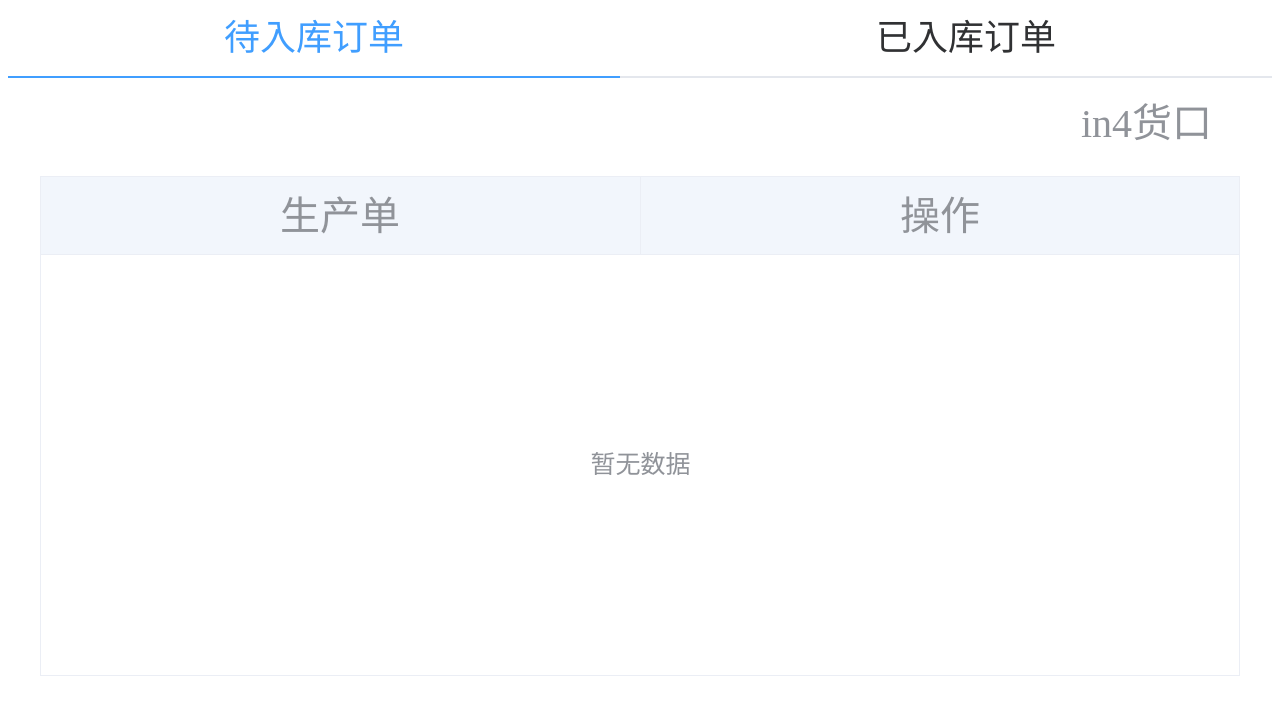
Repository: yaesass/yaesass
Page: / (app in scancode/)
The author's editor kept a copy of each file at every save. The page is drawn from the files as they stood at one save, then again after the next save.
The browser window is 1280 px wide. The pictures show the whole page.
The page's requests for data from a server got no answer. The project was rebuilt for these pictures with package versions that can differ from the ones it lists, and the page was loaded fresh each time. No one was signed in, and anything a server would have sent is missing. Also part of the build but not shown: scancode/vue.config.js.

Above is the page before, as saved 2022-06-29 17:00:38.

### scancode/src/main.js
import Vue from 'vue'
import App from './App.vue'
import router from './router/index.js'

import ElementUI from 'element-ui';
import 'element-ui/lib/theme-chalk/index.css';

import axios from 'axios'
Vue.use(ElementUI);
Vue.config.productionTip = false
Vue.prototype.$axios = axios
new Vue({
  el: '#app',
  axios,
  router,
  render: h => h(App)
}).$mount('#app')

### scancode/src/App.vue
<template>
  <div id="app">
    <!-- Name {{ Name }} token {{ token }} Type {{ Type }} Remarks {{ Remarks }} -->
    <router-view></router-view>
  </div>
</template>
<script>
export default {
  name: "App",
  data() {
    return {
      // show: "",
      // activeName: "待生产订单",
      // list: [],
      // listLoading: true,
      // queryForm: {
      //   CurrentPage: 1,
      //   PageSize: 999999,
      // },
      // intervalId: null,
      // messageObj: "",
    };
  },
  created() {
    //获取winform数据
    let Name, token, Type, Remarks;
    // Name = this.getQueryString("Name");
    // token = "Bearer" + " " + this.getQueryString("token");
    // Type = this.getQueryString("DeliveryType");
    // Remarks = this.getQueryString("Remarks");
    token =
      "Bearer admin-accessToken-eyJ0eXAiOiJKV1QiLCJhbGciOiJIUzI1NiJ9.eyJpZCI6IkVBNDY5MDAwLUEwRTMtNDM2NS04OEU1LTYzNTk4MUQxNzM2NSIsIm5hbWUiOiLmiavnoIEifQ.ysDSnXIKlGLatjoH2wUIq0r65R8tv9DP_CH0vsOTbN0";
    Name = "in4";
    Type = "in";
    Remarks = "in4货口";
    if (Type == "in") {
      this.$router.push({
        name: "InStock",
        params: { Name, token, Type, Remarks },
      });
    } else {
      this.$router.push({
        name: "OutStock",
        params: { Name, token, Type, Remarks },
      });
    }
  },
  beforeDestroy() {
    // this.isDestroyed = true;
    // this.ws.close("测试");
  },
  methods: {
    //接收winform数据
    getQueryString(name) {
      var reg = new RegExp("(^|&)" + name + "=([^&]*)(&|$)");
      var r = window.location.search.substr(1).match(reg);
      if (r != null) return decodeURI(r[2]);
      return null;
    },
  },
};
</script>

### scancode/src/router/index.js
import Vue from 'vue'
import VueRouter from 'vue-router'
// import HomeView from '../views/mainPage/mainPage.vue'

Vue.use(VueRouter)

const routes = [
  {
    path: '/',
    name: 'home',
  },
  {
    path: '/InStock',
    name: 'InStock',
    // route level code-splitting
    // this generates a separate chunk (about.[hash].js) for this route
    // which is lazy-loaded when the route is visited.
    component: () => import(/* webpackChunkName: "about" */ '../views/InStock.vue')
  }, {
    path: '/InStockDetail',
    name: 'InStockDetail',
    // route level code-splitting
    // this generates a separate chunk (about.[hash].js) for this route
    // which is lazy-loaded when the route is visited.
    component: () => import(/* webpackChunkName: "about" */ '../views/InStockDetail.vue')
  }, {
    path: '/OutStock',
    name: 'OutStock',
    // route level code-splitting
    // this generates a separate chunk (about.[hash].js) for this route
    // which is lazy-loaded when the route is visited.
    component: () => import(/* webpackChunkName: "about" */ '../views/OutStock.vue')
  }
]



const router = new VueRouter({
  routes
})

export default router

### scancode/src/views/InStock.vue
<template>
  <el-tabs v-model="activeName" @tab-click="handleClick">
    <el-tab-pane label="待入库订单" class="counttable" name="待入库订单">
      <div class="count">
        <div class="counttxt">{{ Remarks }}</div>
      </div>
      <el-table
        :data="tableData"
        border
        :header-cell-style="{
          background: '#F2F6FC',
          height: '48px',
          color: '#909399',
          fontSize: '40px',
        }"
        style="width: 95%; margin: 40px auto 0 auto; font-size: 25px"
        :cell-style="totalcellcolor"
        height="500"
        :row-style="{ height: '48px' }"
      >
        <el-table-column align="center" label="生产单">
          <template slot-scope="scope">
            <span v-html="scope.row.product"></span>
          </template>
        </el-table-column>
        <el-table-column align="center" label="操作">
          <template #default="{ row }">
            <el-button
              type="primary"
              round
              @click="ordercharge(row)"
              style="font-size: 20px"
            >
              入库
            </el-button>
          </template>
        </el-table-column>
      </el-table>
    </el-tab-pane>
    <el-tab-pane label="已入库订单" class="counttable" name="已入库订单">
      <el-table
        :data="tableData"
        border
        :header-cell-style="{
          background: '#F2F6FC',
          height: '48px',
          color: '#909399',
          fontSize: '40px',
        }"
        style="width: 95%; margin: 20px auto 0 auto; font-size: 25px"
        :cell-style="totalcellcolor"
        height="550"
        :row-style="{ height: '48px' }"
      >
        <el-table-column align="center" prop="product" label="产品名称">
        </el-table-column>
        <el-table-column align="center" prop="num" label="入库数量">
        </el-table-column>
        <el-table-column align="center" prop="time" label="出库时间">
        </el-table-column>
      </el-table>
    </el-tab-pane>
  </el-tabs>
</template>

<script>
export default {
  name: "InStock",
  data() {
    return {
      token: "",
      Name: "",
      Type: "",
      Remarks: "",
      activeName: "待入库订单",
      tableData: [], //列表数据
    };
  },
  created() {
    // this.GetScanningOrder();
    this.token = this.$route.params.token;
    this.Name = this.$route.params.Name;
    this.Type = this.$route.params.Type;
    this.Remarks = this.$route.params.Remarks;
    // console.log("this.$route.params", this.$route.params);
  },
  mounted() {},

  destroyed() {
    // 在页面销毁
  },
  methods: {
    //选项卡
    handleClick() {
      this.inquire();
    },

    //查询入库订单状态
    GetScanningOrder(e) {
      let that = this;
      that.$loading({
        lock: true,
        text: "请稍候...",
        spinner: "el-icon-loading",
        background: "rgba(0, 0, 0, 0.7)",
      });
      that.list = [];
      this.$axios
        .post(
          "https://www.moondeity.com:8308/api/Areas/OrderInfo/GetScanningOrder",
          {
            Type: that.Name,
          },
          {
            headers: {
              Authorization: that.token,
            },
          }
        )
        .then(function (response) {
          let reqdata = response.data.data;
          console.log("查询入库订单状态", reqdata.dt);
          if (reqdata.dt != "") {
            let { Name, token, Type, Remarks } = this;
            //有正在入库的订单
            this.$router.push({
              name: "InStockDetail",
              params: { Name, token, Type, Remarks },
            });
          } else {
            that.getlist("wait"); //没有正在入库的订单
          }
          that.$loading().close();
        })
        .catch(function (error) {
          console.log("查询入库订单状态error", error);
          if (e != "err") {
            that.$loading().close();
          }
          that.$loading({
            lock: true,
            text: "网络异常，重新连接中",
            spinner: "el-icon-loading",
            background: "rgba(0, 0, 0, 0.7)",
          });
          setTimeout(() => {
            that.GetScanningOrder("err");
          }, 3000);
        });
    },

    //获取列表
    getlist(e) {
      console.log("获得列表");
      this.tableData = [];
      if (this.begintime == "") {
        this.begintime = "2022-04-10";
      }
      if (this.endtime == "") {
        this.gettime();
      }
      let that = this;
      if (e == "wait") {
        //入库订单
        ////console.log('order')
        this.$axios
          .post(
            "https://www.moondeity.com:8308/api/Areas/OrderInfo/GetOrderList",
            {
              Type: "待入库订单",
              PageSize: 99,
              CurrentPage: 1,
              StockType: that.Name,
            },
            {
              headers: {
                Authorization: that.token,
              },
            }
          )
          .then(function (response) {
            console.log("获取待入库订单列表", response.data.data.dt);
            let temp = response.data.data.dt,
              list = [];
            for (let i = 0; i in temp; i++) {
              list.push({
                product: temp[i].Remarks,
                OrderId: temp[i].Id,
              });
            }
            //console.log('list', list)
            that.tableData = list;
          })
          .catch(function (error) {
            console.log(error);
          });
      } else {
        //总计查询
        //console.log('total')
        this.$axios
          .post(
            "https://www.moondeity.com:8308/api/Areas/OrderInfo/GetOrderList",
            {
              Type: "已入库订单",
              CurrentPage: 1,
              PageSize: 99,
              begintime: that.begintime,
              endtime: that.endtime,
              StockType: that.Name,
            },
            {
              headers: {
                Authorization: that.token,
              },
            }
          )
          .then(function (response) {
            //console.log('total', response)
            let temp = response.data.data.dt;
            for (let i in temp) {
              that.tableData.push({
                time: temp[i].WarehousingTime.split("T")[0],
                product: temp[i].Remarks.split(">")[1].split("第")[0],
                num: temp[i].RealQuantity,
              });
            }
          })
          .catch(function (error) {
            console.log(error);
          });
      }
    },
    //表格列颜色
    batchcellcolor({ row, column, rowIndex, columnIndex }) {
      row, column, rowIndex;
      if (columnIndex == 2) {
        return "color:red";
      }
    },
    totalcellcolor({ row, column, rowIndex, columnIndex }) {
      row, column, rowIndex;
      if (columnIndex == 1) {
        return "color:red";
      }
    },
  },
};
</script>

<style>
/* .f {
  display: flex;
} */

.el-table {
  width: 100%;
  display: flex;
  flex-direction: column;
}

.el-table__body-wrapper {
  flex: 1;
}

.el-tabs__nav {
  width: 100%;
}
.el-tabs__item {
  margin-top: 10px;
  width: 50%;
  height: 60px;
  text-align: center;
  font-size: 36px;
  font-weight: 300;
  letter-spacing: 0em;
}

.back {
  margin-top: -50px;
  margin-left: 750px;
}

.count {
  display: flex;
  justify-content: right;
  margin: 20px 60px 20px 0;
}

.count .counttxt {
  font-size: 40px;
  font-weight: normal;
  line-height: 24px;
  letter-spacing: 0px;
  color: #909399;
}

.counttable .el-table .cell {
  line-height: 50px;
  font-weight: 300;
}

.inzeroa {
  display: flex;
  width: 264px;
  height: 81px;
  border-radius: 15px;
  background: #d8d8d8;
}

.inzeroa .btntxt {
  margin: auto;
  font-size: 50px;
  font-weight: 300;
  color: #aaaaaa;
}

.inzero {
  display: flex;
  width: 264px;
  height: 81px;
  border-radius: 15px;
  background: #409eff;
}

.inzero .btntxt {
  margin: auto;
  font-size: 50px;
  font-weight: 300;
  color: #ffffff;
}

.zero {
  display: flex;
  margin: 34px auto;
  width: 264px;
  height: 81px;
  border-radius: 15px;
  background: #409eff;
}

.zero .btntxt {
  margin: auto;
  font-size: 50px;
  font-weight: 300;
  color: #ffffff;
}

.outhistory {
  display: flex;
  margin: 34px auto;
  width: 264px;
  height: 81px;
  border-radius: 15px;
  background: #409eff;
}

.outhistory .btntxt {
  margin: auto;
  font-size: 50px;
  font-weight: 300;
  color: #ffffff;
}

.workShop_message {
  width: 40%;
  font-size: 30px;
  color: #ff7d38;
}

.workShop_message .btn {
  padding: 5px 10px;
  cursor: pointer;
  background: #ffb89143;
  border: 2px solid #ffb89143;
  border-radius: 10px;
}
</style>

Loaded but not shown: scancode/public/index.html (common file)

After the next save:
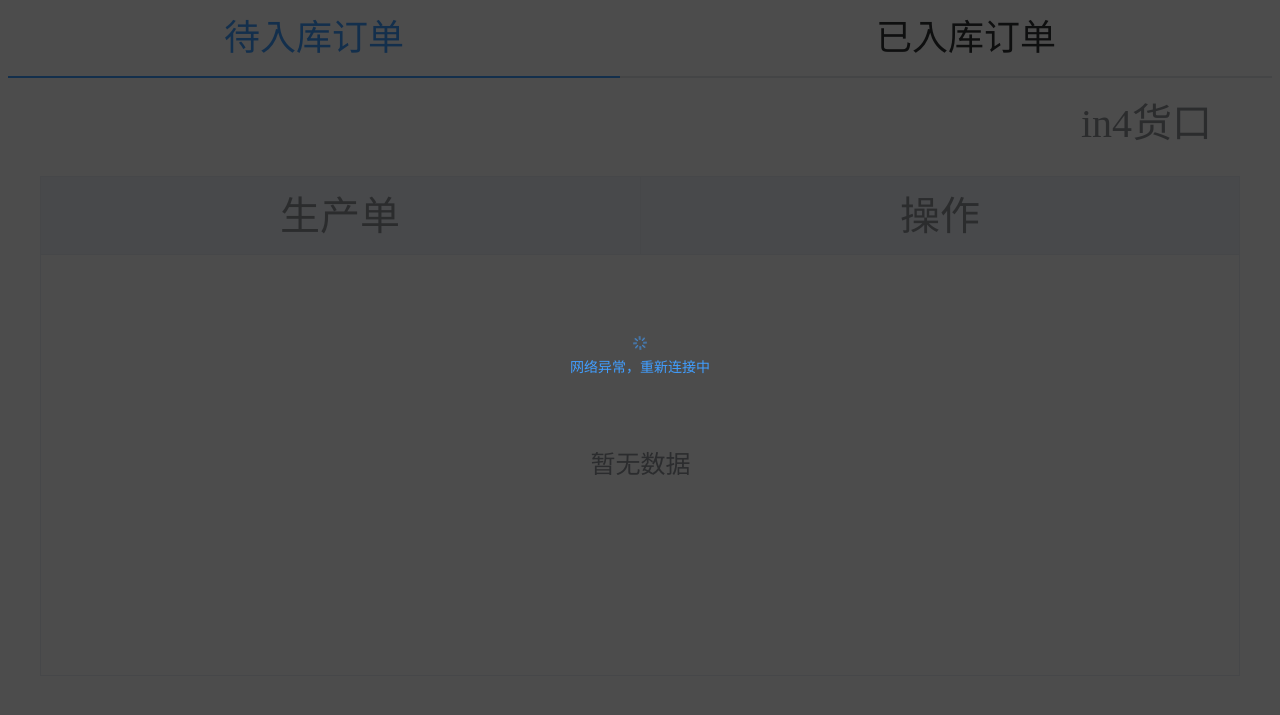
Saved 37 s later.
--- a/scancode/src/views/InStock.vue
+++ b/scancode/src/views/InStock.vue
@@ -77,7 +77,7 @@ export default {
     };
   },
   created() {
-    // this.GetScanningOrder();
+    this.GetScanningOrder();
     this.token = this.$route.params.token;
     this.Name = this.$route.params.Name;
     this.Type = this.$route.params.Type;
@@ -151,7 +151,6 @@ export default {
 
     //获取列表
     getlist(e) {
-      console.log("获得列表");
       this.tableData = [];
       if (this.begintime == "") {
         this.begintime = "2022-04-10";
